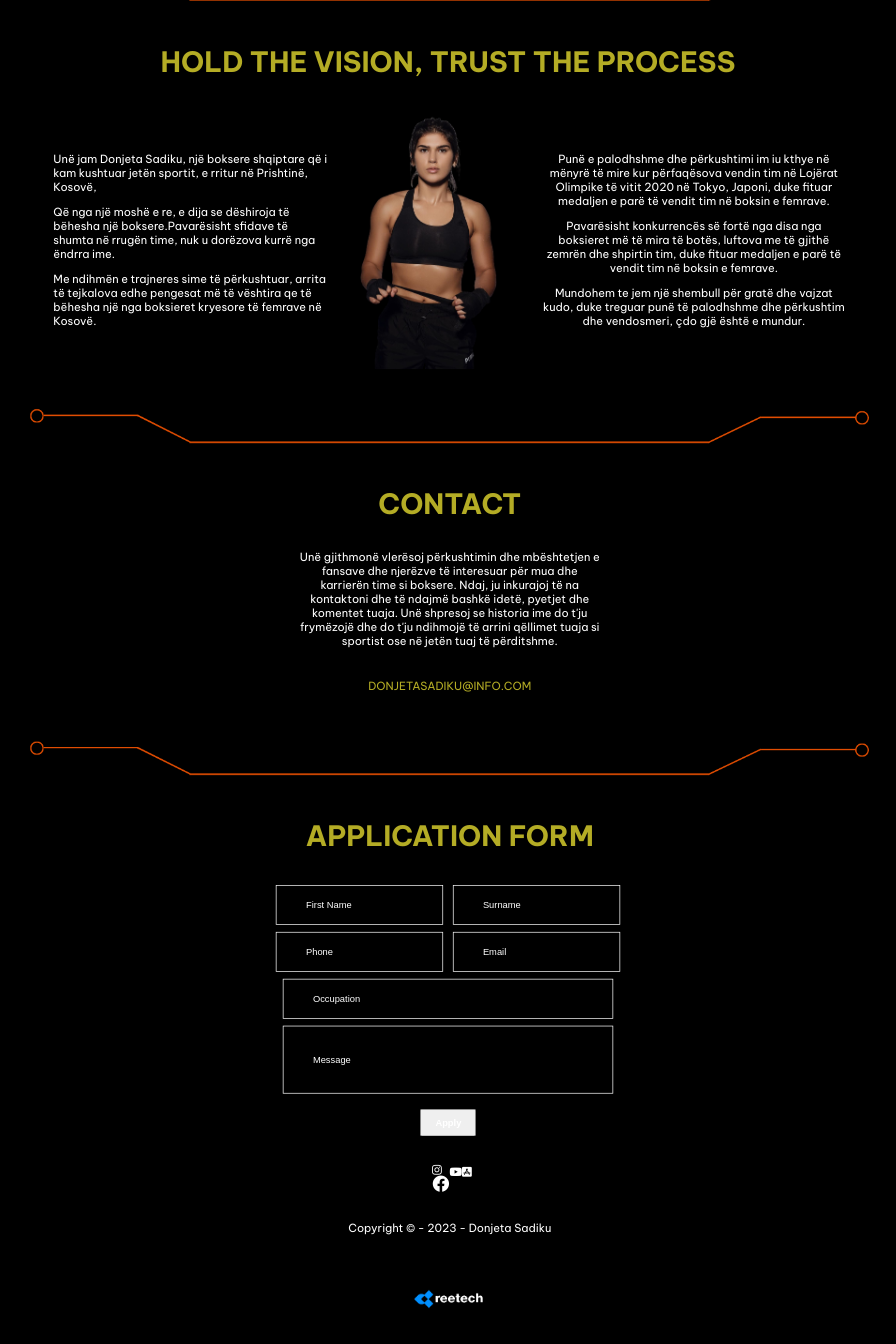
Repository: milot-morina/ds-boxing
Page: DS-Portfolio/index.html
An editor plug-in stored every save of this project. The page is shown before and after the next save, followed by the edit.
The browser window is 1280 px wide. The pictures show the part of the page from y = 2066 to 3986 px (the page is 3986 px tall before and 3966 px after), at 70% of full size.
A picture or video elsewhere on the page could not be fetched, so the positions and the page height are approximate.

Above is the page before, as saved 2023-03-21 08:21:57.

### DS-Portfolio/index.html
<!DOCTYPE html>
<html lang="en">
<head>
  <meta charset="UTF-8">
  <meta http-equiv="X-UA-Compatible" content="IE=edge">
  <meta name="viewport" content="width=device-width, initial-scale=1.0">
  <title>Donjeta Sadiku</title>
  <link rel="stylesheet" href="style.css">
  <link rel="stylesheet" href="https://cdnjs.cloudflare.com/ajax/libs/font-awesome/6.0.0-beta2/css/all.min.css" integrity="sha512-YWzhKL2whUzgiheMoBFwW8CKV4qpHQAEuvilg9FAn5VJUDwKZZxkJNuGM4XkWuk94WCrrwslk8yWNGmY1EduTA==" crossorigin="anonymous" referrerpolicy="no-referrer" />
  <link rel="icon" href="logofinal.png" type="image/icon type" style="width: 100%;">
  <link href="https://fonts.googleapis.com/css2?family=Be+Vietnam+Pro:wght@400;500;700&display=swap" rel="stylesheet">
</head>
<body>

  <section class="section1" id="home">
    <video muted autoplay loop style="pointer-events: none;">
      <source src="DS-Glitch.mp4" type="video/mp4">
    </video>
    <header class="hidden3">
      <div class="container">
        <nav class="navbar">
          <div class="brand-title">
            <img src="unitetiLogoFinal.png" alt="" width="130px">
          </div>
          <a href="#" class="toggle-button">
            <span class="bar"></span>
            <span class="bar"></span>
            <span class="bar"></span>
          </a>
          <div class="navbar-links">
            <ul>
              <li><a href="#home" class="home-btn">HOME</a></li>
              <li><a href="#club" class="header-club">CLUB</a></li>
              <li><a href="#contact" class="header-link a">CONTACT</a></li>
              <li><a href="#form" class="header-link a">FORM</a></li>
            </ul>
            <div class="socials">
            <i class="fa-brands fa-facebook"><a href="https://www.youtube.com/watch?v=dQw4w9WgXcQ"></a></i>
            <i class="fa-brands fa-instagram"></i>
            <i class="fa-brands fa-youtube"></i>
            <i class="fa-brands fa-app-store-ios"></i>
          </div>
          </div>

        </nav>
      </div>
    </header>
  </section>


  <img src="separator2.png" alt="" width="100%" style="margin-top: 40px;" class="first-seperator">


  <section class="section2 container row" id="club">

    <div class="images hidden2">
      <img src="handsUp.jpg" alt="">
    </div>
    <div class="text hidden">
      <p class="section-h hidden3">HISTORIA SHKRUHET!</p>
      <p class="section2-p hidden3">Nuk ka fjalë për t'u shprehur se sa krenare isha për të përfaqësuar vendin tim në skenën dhe për të marrë medalje ne kete nivel. Ishte një ndjenjë e mrekullueshme të përfaqësosh vendin tënd dhe të ndjehesh si një ambasador i saj në arenën nderkombetare.</p>
      <p class="section2-p hidden3">Në çdo moment të kësaj përvojeje, isha e mbuluar nga emocionet për rëndësinë që kjo ngjarje kishte për popullin tim dhe për boksierët shqiptarë. Nuk ishte thjesht një fitore personale, por ishte një fitore që përfaqësoi përparimin e boksi shqiptar dhe mundësinë e një të ardhme të ndritshme për sportin në vendin tonë.</p>
      <p class="section2-p hidden3">Kur mora medaljen olimpike, ndjeva një ndjenjë të thellë krenarie dhe një ndjesi të vërtetë prej triumfi. Ishte si të isha i gjithë vendlindja ime, duke festuar këtë arritje të madhe me mua. Nuk mund të mendoja për ndonjë gjë më të rëndësishme në atë moment, dhe do të mbaj gjithmonë këtë kujtim në zemrën time.</p>

    </div>

  </section>

  <img src="separator2.png" alt="" width="100%" style="margin-top: 30px;">


  <section class="section3 container">
    <p class="section-h">MEDALJET FLASIN VET!</p>
   <div class="row">
    <div class="text hidden2">
      <p>Viti me i suksesshem ne karrieren time . Solla dy medalje nje evropiane e një botërore. Dëshmova që une Donjeta Sadiku nuk dorërzohem asnjëher përkundrazi nuk kam dyshuar asnjëherë në veten time, mirpo tani po ndihem e kompletuar nën udhëheqjen e trajneres time Marjola Sallauka .</p>
      <p>Tash e tutje luftoj vetëm për medalje Olimpike. Unë besoj në vetën time dhe ju premtoj që me përkrahjen tuaj unë do ti realizoj këto synime . Faleminderit për përkrahje familjes time, Federatës së Boksit. Faleminderit trajnerës Marjola Sallauka për mjeshtërinë që tregon me punën e saj.</p>
    </div>
    <div class="images hidden">
      <img src="DplusMar.jpg" alt="" style="max-width: 640px;">
    </div>
   </div>

  </section>








  <img src="separator2.png" alt="" width="100%" style="margin-top: 30px;">




  <section class="section4 container" id="nft">
    <p class="section-h hidden3">HOLD THE VISION, TRUST THE PROCESS</p>
    <div class="row">
      <div class="text hidden2" style="text-align: left">
        <p>Unë jam Donjeta Sadiku, një boksere shqiptare që i kam kushtuar jetën sportit, e rritur në Prishtinë, Kosovë,
        </p>
        <p>Që nga një moshë e re, e dija se dëshiroja të bëhesha një boksere.Pavarësisht sfidave të shumta në rrugën time, nuk u dorëzova kurrë nga ëndrra ime.
        </p>
        <p>Me ndihmën e trajneres sime të përkushtuar, arrita të tejkalova edhe pengesat më të vështira qe të bëhesha një nga boksieret kryesore të femrave në Kosovë.</p>
      </div>
      <div class="hidden3">
        <div class="column">
          <img src="profilePic.png" alt="" style="width: 300px;">
          <!-- <img src="shadow.png" alt="" style="width: 300px;"> -->
        </div>
      </div>
      <div class="text hidden">
        <p>Punë e palodhshme dhe përkushtimi im iu kthye në mënyrë të mire kur përfaqësova vendin tim në Lojërat Olimpike të vitit 2020 në Tokyo, Japoni, duke fituar medaljen e parë të vendit tim në boksin e femrave.</p>
        <p>Pavarësisht konkurrencës së fortë nga disa nga boksieret më të mira të botës, luftova me të gjithë zemrën dhe shpirtin tim, duke fituar medaljen e parë të vendit tim në boksin e femrave.
        </p>
        <p>
          Mundohem te jem një shembull për gratë dhe vajzat kudo, duke treguar punë të palodhshme dhe përkushtim dhe vendosmeri, çdo gjë është e mundur.
        </p>
      </div>
    </div>

  </section>

  <img src="separator2.png" alt="" width="100%" style="margin-top: 30px;">

  <section class="section5 container" id="contact">
    <div class="text">
      <p class="section-h">CONTACT</p>
      <p>Unë gjithmonë vlerësoj përkushtimin dhe mbështetjen e fansave dhe njerëzve të interesuar për mua dhe karrierën time si boksere. Ndaj, ju inkurajoj të na kontaktoni dhe të ndajmë bashkë idetë, pyetjet dhe komentet tuaja. Unë shpresoj se historia ime do t'ju frymëzojë dhe do t'ju ndihmojë të arrini qëllimet tuaja si sportist ose në jetën tuaj të përditshme.</p>
      <p style="color: #B4AC25; margin-top: 45px;">DONJETASADIKU@INFO.COM</p>
    </div>
  </section>






 <img src="separator2.png" alt="" width="100%" style="margin-top: 30px;">

  <section class="section6 container" id="form">
    <div class="text">
      <p class="section-h">APPLICATION FORM</p>
    </div>
    <form action="#">
      <div class="form-row">
        <input type="text" placeholder="First Name">
        <input type="text"placeholder="Surname">
      </div>
      <div class="form-row">
        <input type="text" placeholder="Phone">
        <input type="email" placeholder="Email">
      </div>
      <div class="long-inputs-form">
        <input type="text" placeholder="Occupation"><br>
        <input type="text" placeholder="Message" style="padding-block: 40px;">
      </div>
    </form>
    <button class="home-btn">Apply</button>
    <div class="socials" style="margin-block: 40px;">
      <i class="fa-brands fa-instagram"><a href="https://www.facebook.com/your-page"><i class="fa-brands fa-facebook"></i> </a>
      <a href="https://www.instagram.com/donjetasadikuofficial/"> </a></i>
      <a href="https://www.youtube.com/channel/your-channel"><i class="fa-brands fa-youtube"></i> </a>
      <a href="https://apps.apple.com/your-app"><i class="fa-brands fa-app-store-ios"></i> </a>
    </div>


    <div class="text" style="margin-bottom: 40px;">
      <p>Copyright © - 2023 - Donjeta Sadiku </p>
    </div>


    <div style="background-color: rgba(0, 0, 0, 0.2); display: flex; justify-content: center; align-items: center;">
      <a class="navbar-brand" href="https://www.reetech.ch/">
        <img src="reetech.png" width="185" height="105" class="d-inline-block align-top" alt="">
      </a>
    </div>

  </section>




  <script src="script.js"></script>
</body>
</html>

### DS-Portfolio/style.css
html {
  scroll-behavior: smooth;
  transition: 2s;
  overflow-x: hidden;
}

body {
  text-align: center;
  overflow-x: hidden;
  font-family: 'Be Vietnam Pro', sans-serif;
}

/* header----*/


header {
  background-color: transparent;
  width: 100%;
  position: absolute;
  top: 0;
  left: 0;

  z-index: 100;
}


.navbar {
  display: flex;
  flex-direction: column;
  justify-content: space-between;
  align-items: flex-start;
  color: black;
}



.navbar-links {
  width: 100%;
  display: none;
}

.navbar-links ul {
  margin: 0;
  padding: 0;
  display: flex;
  flex-direction: column;
  width: 100%;
  text-align: center;
}

.navbar-links li {
  list-style: none;
  font-size: 15px;

}

.navbar-links li a {
  text-decoration: none;
  color: white;

  display: block;
}


.toggle-button {
  position: absolute;
  top: .75rem;
  right: 1rem;
  display: flex;
  flex-direction: column;
  justify-content: space-between;
  width: 31px;
  height: 21px;
}

.bar {
  width: 100%;
  height: 3px;
  background-color: white;
  border-radius: 10px;
}

.navbar-links.active {
  display: flex;
  flex-direction: column;
  background-color: transparent;
}

i {
  color: white;
}

i:hover {
  color: #B4AC25;
  cursor: pointer;
}



video {
  width: 100%;
  position: relative;
  height: auto;
  pointer-events: none;
  display: none;
}



.socials {
  width: 47%;
  display: block;
  margin: 5px auto;
  justify-content: center;
}

i + i, .fa-facebook {
  margin-left: 12px;
  font-size: 24px;
}

.header-club {
  color: white;
  padding-inline: 10px;
  margin-top: 5px;
  max-width: 80px;
  display: block;
  margin-inline: auto;
  font-weight: 700;
}


.header-club:hover {
  color: white;
  border-color: #B4AC25;

}

.home-btn {
  color: white;
  padding-inline: 10px;
  margin-top: 5px;
  max-width: 80px;
  display: block;
  margin-inline: auto;
  font-weight: 700;
}

.home-btn:hover {
  color: white;
  border-color: white;
  background-color: transparent;
  cursor: pointer;
}


.header-link {
  color: white;
  padding-inline: 10px;
  margin-top: 5px;
  max-width: 80px;
  display: block;
  margin-inline: auto;
  font-weight: 700;
}

.header-link:hover {
  color: #B4AC25;
}

a {
  position: relative;
}

a::after {
  content: " ";
  position: absolute;
  background-color: #B4AC25;
  height: 3px;
  width: 0;
  left: 0;
  bottom: -10px;
  transition: 0.3s;
}

a:hover::after {
  width: 100%;
}





/*---------------header-----------*/




/*---------------------- collapsible table ------------------------*/

.main-collapsible {
  background-color: transparent;
  color: black;
  width: 100%;
  margin-inline: auto;
  margin-block: 120px 40px;
}



.container-collapsible {
  width: 100%;
  margin: 0 auto;
  display: flex;
  flex-direction: column;
  align-items: center;
}


hr {
  background-color: white;
  width: 90%;
  display: block;
  margin-inline: auto;
}



.collapsible-button {
  background-color: rgb(24, 24, 24);
  color: gray;
  cursor: pointer;
  padding: 5px;
  width: 93%;
  border-bottom: 1px solid white;
  display: flex;
  align-items: center;
  justify-content: space-between;
  text-align: left;
  outline: none;
  font-size: 15px;
  border: none;
}





.button-name-collapsible {
  color: white;
  text-align: left;
  outline: none;
  font-size: 16px;

}


.button-name-collapsible:hover {
  color: #B4AC25;
}



.collapsible-button:after {
  content: '\002B';
  color: white;
  font-weight: bold;
  float: right;
  margin-left: 5px;
  font-size: 24px;
}

.collapsible-button:hover::after{
  color: #B4AC25;
}

.active:after {
  content: "\2212";
}

.content {
  width: 93%;
  max-height: 0;
  overflow: hidden;
  transition: max-height 0.2s ease-out;
  background-color:  rgb(24, 24, 24);
  color: white;
  margin-bottom: 10px;
}

/*---------------------- collapsible table ------------------------*/



/*----------animations------------*/

.hidden {
  opacity: 0;
  filter: blur(2px);
  transform: translateX(60%);
  transition: all 700ms;
}


.hidden2 {
  opacity: 0;
  filter: blur(2px);
  transform: translateX(-60%);
  transition: all 700ms;
}

.hidden3 {
  opacity: 0;
  filter: blur(2px);
  transform: translateY(-5%);
  transition: all .7s;
}



.show {
  opacity: 1;
  filter: blur(0);
  transform: translateX(0);
}


@media(prefers-reduced-motion) {
  .hidden {
    transition: none;
  }
}

/*--------------animations------------------*/


/*---------main---------------*/

body {
  background-color: black;

}


.container {
  width: 90%;
  margin: 0 auto;
}



.first-seperator {
  display: none;
}

@media(min-width: 687px) and (max-width: 900px) {
  .column {
    display: flex;
    flex-direction: column;
    width: 100%;
    margin-left: 28%;
  }
}


.row2 {
  display: flex;
  align-items: center;
  justify-content: space-between;
}

.section2 {
  margin-top: 70px;
}

.section2 img {
  width: 80%;
  max-width: 500px;
  display: block;
  margin-inline: auto;
}

.text {
  color: white;
  max-width: 440px;
  display: block;
  margin-inline: auto;
}

.text p {
  font-weight: 400;
  margin-left: 5px;
}

.text .section-h,
.section-h {
  font-size: clamp(2.15rem, 2.5rem, 3.2rem);
  color: #B4AC25;
  font-weight: 700;
}

.images img {
  max-width: 550px;
  width: 100%;
}

.section3 .images img {
  width: 100%;
}


input {
  background-color: transparent;
  color: white;
  border: 1px solid white;
  padding: 20px 30px;
  margin: 5px;
  max-width: 410px;
}

input::placeholder {
  color: white;
  padding: 12px;
}

.long-inputs-form > input{
  width: 170px;
}

.section6 button{
  margin-top: 17px;
  padding: 10px 20px;
}

.section6 .socials{
  justify-content: center;
}



@media (min-width: 555px) {
  video {
    display: block;
  }

  .long-inputs-form > input{
    width: 470px;
  }

}


@media(min-width: 865px) {


  .toggle-button {
    display: none;
  }

  .navbar {
    flex-direction: row;
    align-items: center;
    justify-content: space-between;
  }

  .navbar-links  {
    display: flex;
    width: 100%;
    align-items: center;
  }

  .navbar-links ul {
    flex-direction: row;
    justify-content: center;
  }

  .navbar-links.active {
    flex-direction: row;
  }

  .socials {
    width: 6%;
    display: flex;
    justify-content: right;
  }

  .header-club {
    margin-left: 14px;
  }

}





@media (min-width: 900px) {
  .row {
    display: flex;
    justify-content: space-between;
    align-items: center;
  }

  .div {
    display: flex;
    justify-content: space-between;
    align-items: center;
    width: 100%;
    margin: 0 auto;
  }


  .long-inputs-form > input{
    width: 470px;
  }

}







/*---------------main-------------*/

### DS-Portfolio/script.js
const toggleButton = document.getElementsByClassName('toggle-button')[0]
const navbarLinks = document.getElementsByClassName('navbar-links')[0]

toggleButton.addEventListener('click', () => {
  navbarLinks.classList.toggle('active')
})



const observer = new IntersectionObserver((entries) => {
  entries.forEach((entry) => {
    console.log(entry)
    if (entry.isIntersecting) {
      entry.target.classList.add('show')
    } else {
      entry.target.classList.remove('show')
    }
  })
})

const hiddenElements = document.querySelectorAll('.hidden')
const hiddenElements2 = document.querySelectorAll('.hidden2')
const hiddenElements3 = document.querySelectorAll('.hidden3')
hiddenElements.forEach((el) => observer.observe(el))
hiddenElements2.forEach((el) => observer.observe(el))
hiddenElements3.forEach((el) => observer.observe(el))




//collapbsibleTable
let coll = document.getElementsByClassName("collapsible-button");
let i;

for (i = 0; i < coll.length; i++) {
  coll[i].addEventListener("click", function() {
    this.classList.toggle("active");
    let content = this.nextElementSibling;
    if (content.style.maxHeight){
      content.style.maxHeight = null;
    } else {
      content.style.maxHeight = content.scrollHeight + "px";
    }
  });
}

After the next save:
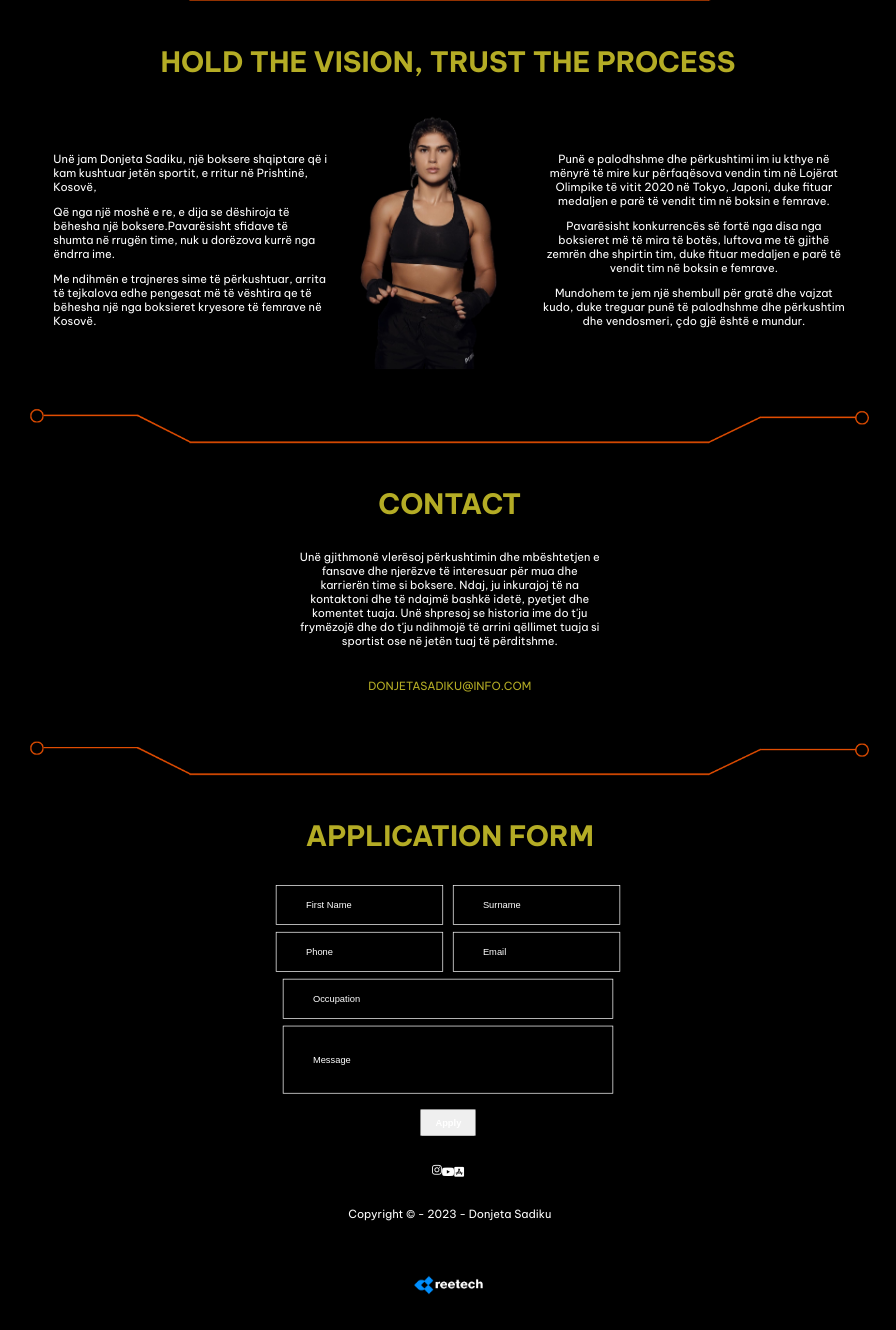
Saved 13 s later.
--- a/DS-Portfolio/index.html
+++ b/DS-Portfolio/index.html
@@ -160,7 +160,7 @@
     </form>
     <button class="home-btn">Apply</button>
     <div class="socials" style="margin-block: 40px;">
-      <i class="fa-brands fa-instagram"><a href="https://www.facebook.com/your-page"><i class="fa-brands fa-facebook"></i> </a>
+      <i class="fa-brands fa-instagram"><a href="https://www.facebook.com/your-page"> </a></i>
       <a href="https://www.instagram.com/donjetasadikuofficial/"> </a></i>
       <a href="https://www.youtube.com/channel/your-channel"><i class="fa-brands fa-youtube"></i> </a>
       <a href="https://apps.apple.com/your-app"><i class="fa-brands fa-app-store-ios"></i> </a>
